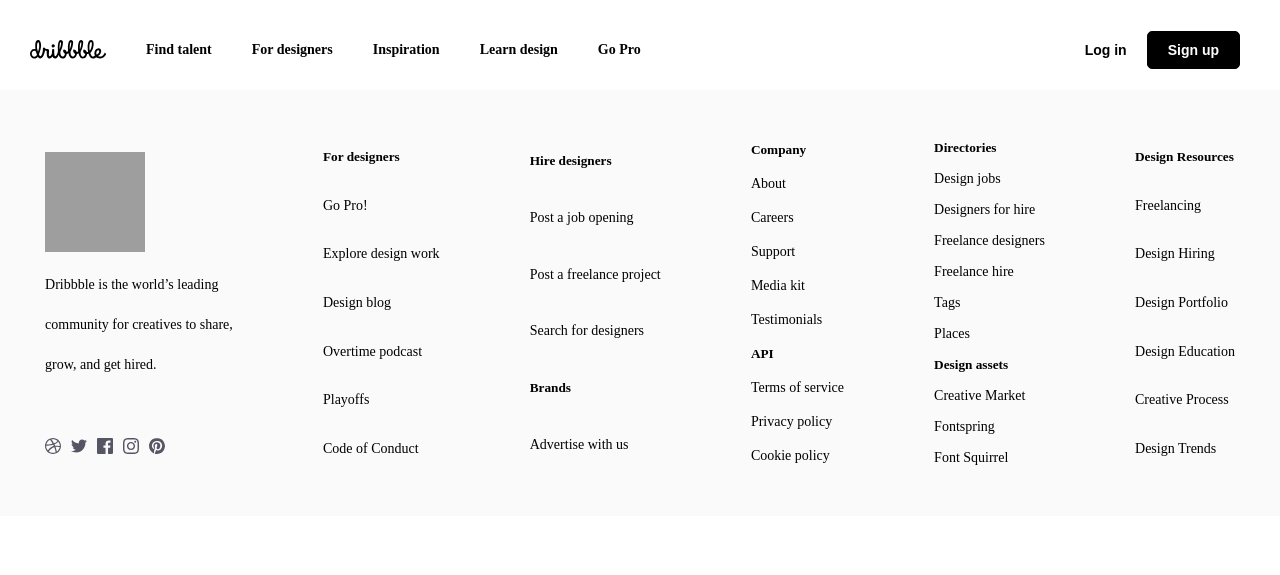
Repository: PreetiToppo/ui
Page: / (app in landing/)
The author's editor kept a copy of each file at every save. The page is drawn from the files as they stood at one save, then again after the next save.
The browser window is 1280 px wide. The pictures show the whole page.
Pictures or frames that could not be fetched are drawn as grey boxes. The project was rebuilt for these pictures with package versions that can differ from the ones it lists, and the page was loaded fresh each time.

Above is the page before, as saved 2023-07-30 19:00:22.

After the next save:
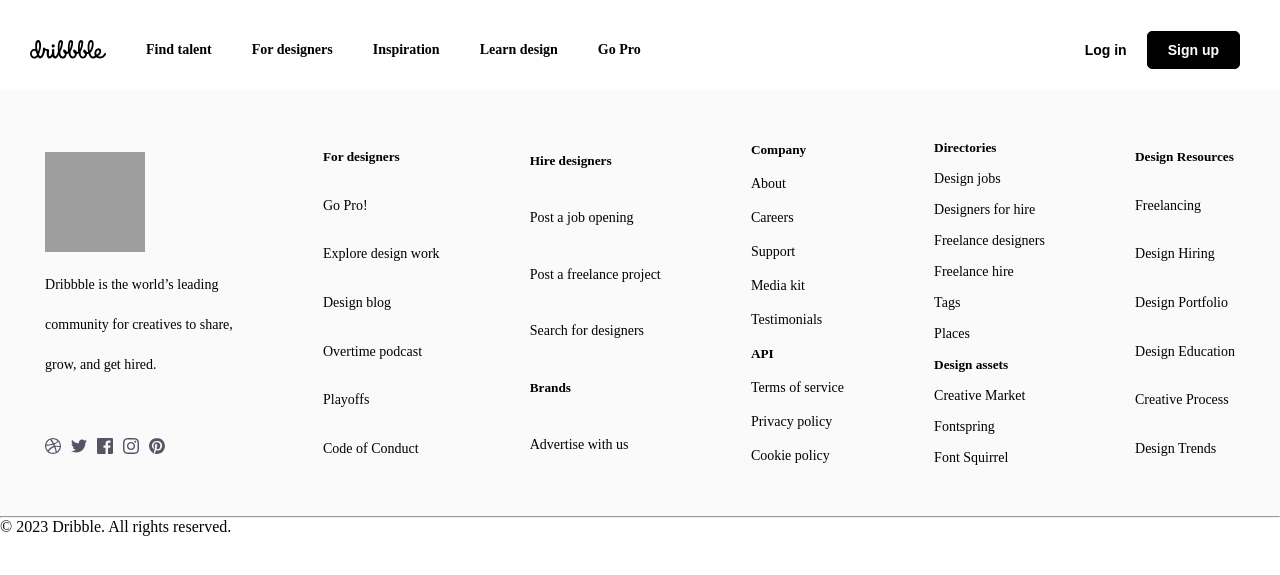
Saved 111 s later.
--- a/landing/src/components/Footer.jsx
+++ b/landing/src/components/Footer.jsx
@@ -8,6 +8,7 @@
 import { ReactComponent as Pinterest } from "../assets/pinterest.svg";
 
 export default function Footer() {
+  const currentYear = new Date().getFullYear();
   return (
     <>
       <div className="sections">
@@ -76,6 +77,10 @@
           <p>Design Trends</p>
         </div>
       </div>
+      <div>
+        <hr />
+        <p>&copy; {currentYear} Dribble. All rights reserved.</p>
+      </div>
     </>
   );
 }
